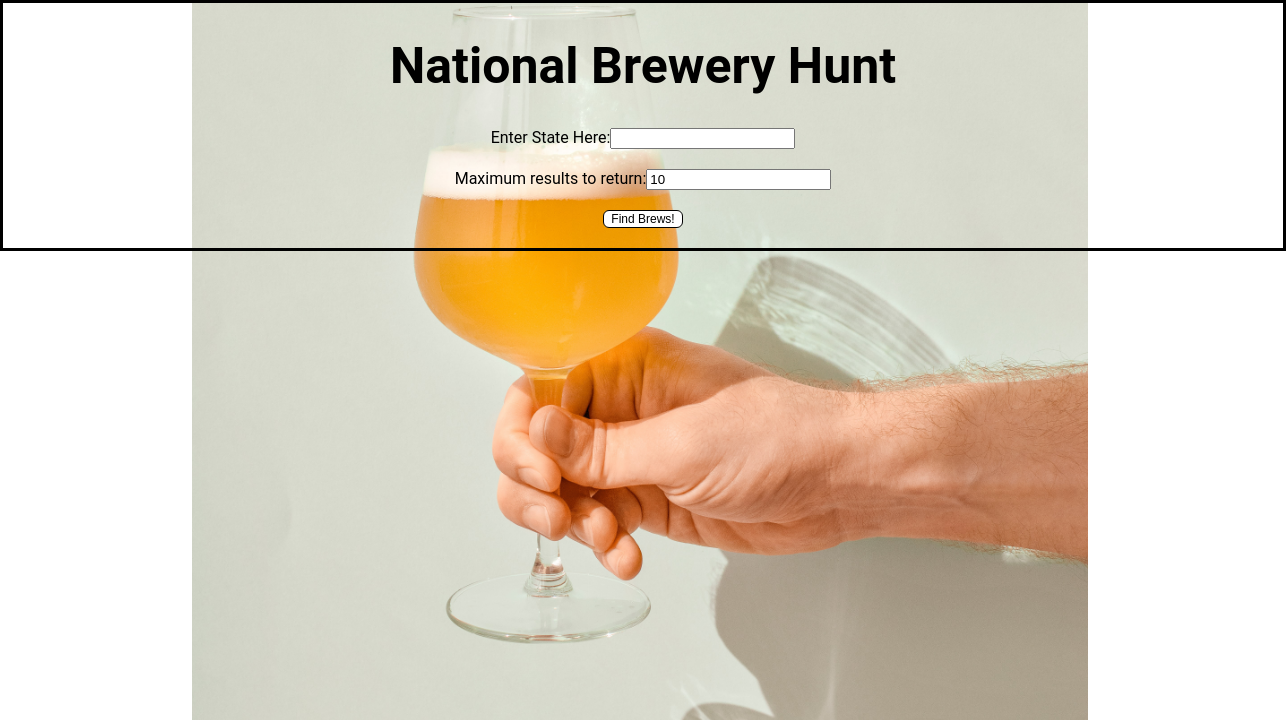
Repository: kaitlynMidori/searchBrews
Page: index.html
An editor plug-in stored every save of this project. The page is shown before and after the next save, followed by the edit.
The browser window is 1280 px wide. The page is 1286 px wide, so the pictures cover 1286 px, including what lies to the right of the window. The pictures show the whole page.

Above is the page before, as saved 2021-04-24 12:11:10.

After the next save:
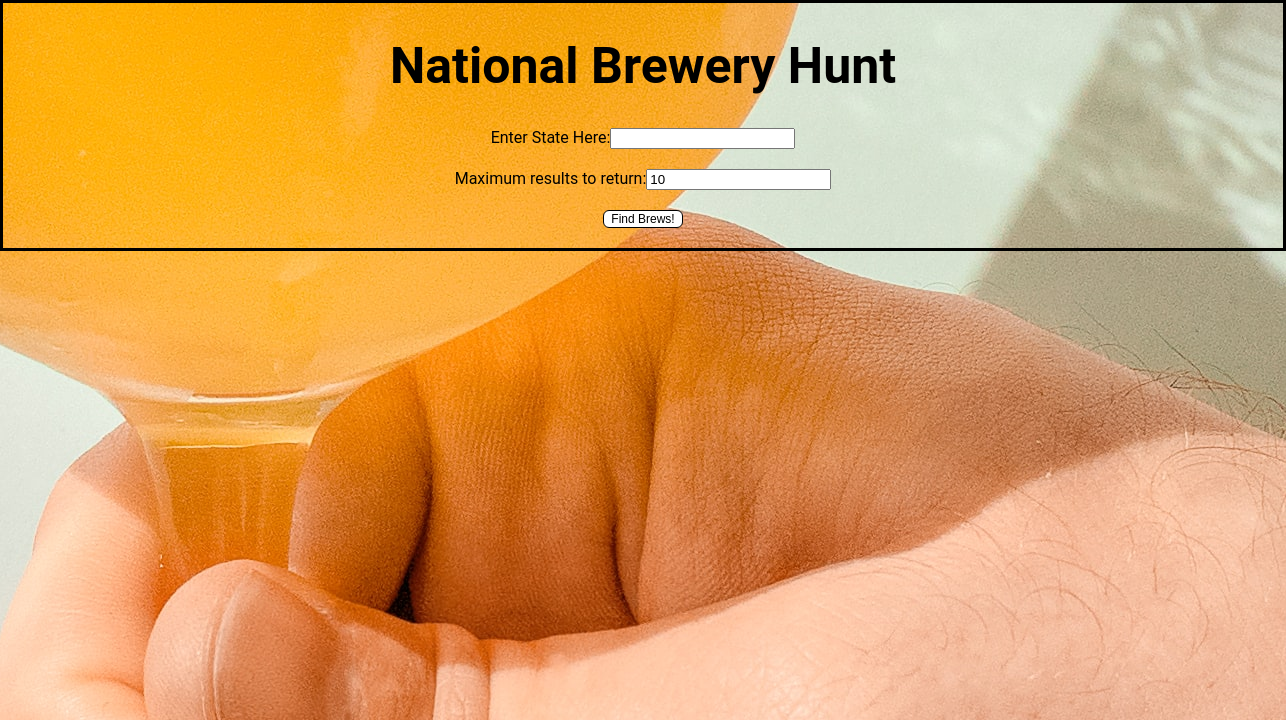
Saved 5 min 18 s later.
--- a/style.css
+++ b/style.css
@@ -5,7 +5,7 @@ body {
     margin: auto;
     /* background: cover; */
     background: url("screenshots/beer.jpg") no-repeat center center fixed;
-    background-size: 70%;
+    height: 100%;
     width: 100%;
     border: solid;
 }
